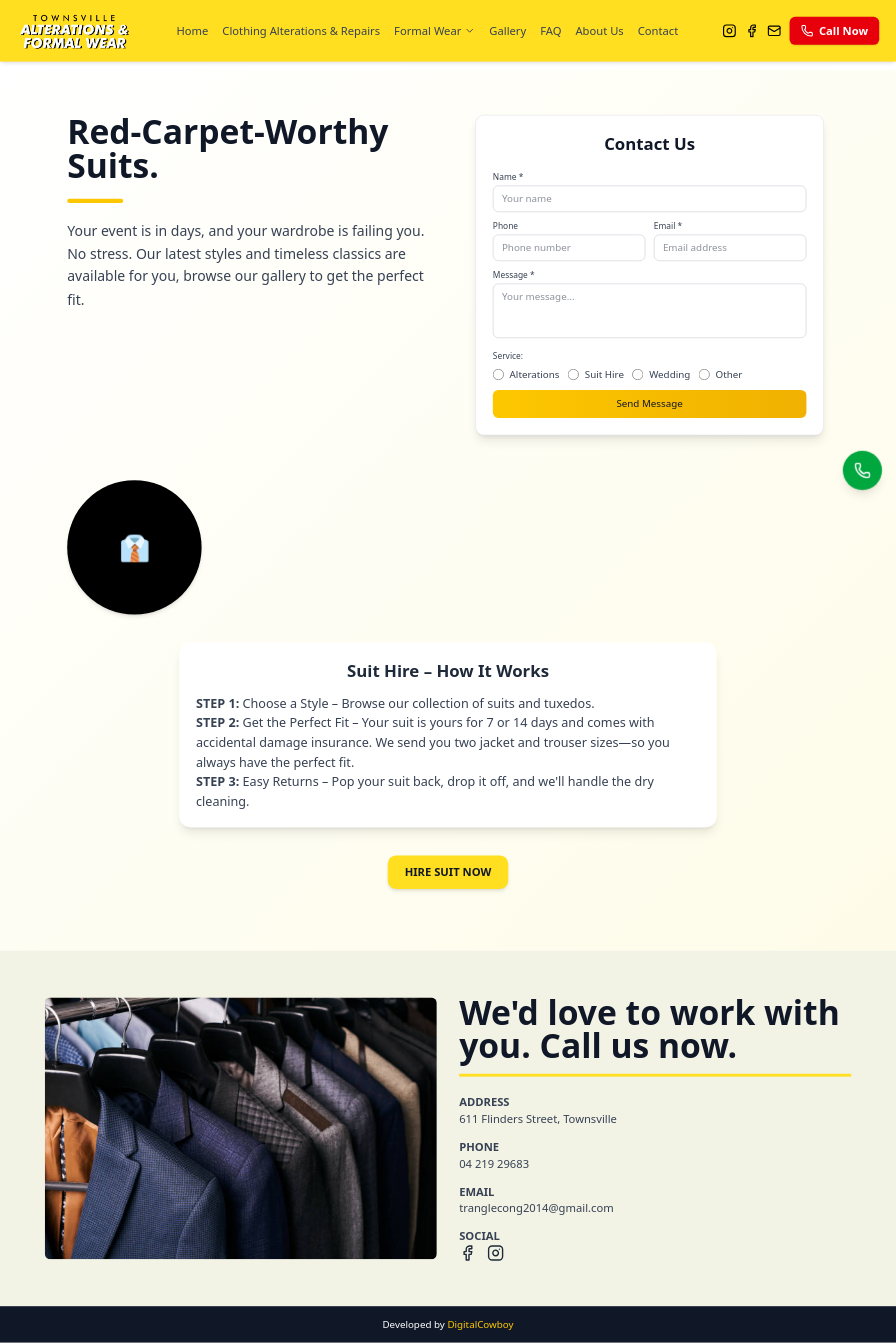
Repository: tarekhasan1/townsville-alteration
Page: /suit-hire
The author's editor kept a copy of each file at every save. The page is drawn from the files as they stood at one save, then again after the next save.
The browser window is 1280 px wide. The pictures show the whole page, at 70% of full size.
The page's requests for data from a server got no answer. The project was rebuilt for these pictures with package versions that can differ from the ones it lists, and the page was loaded fresh each time. The framework's server and built-in components were replaced by stand-ins that run in the browser. No one was signed in, and anything a server would have sent is missing. Also part of the build but not shown: next.config.ts.

Above is the page before, as saved 2026-01-31 11:10:42.

After the next save:
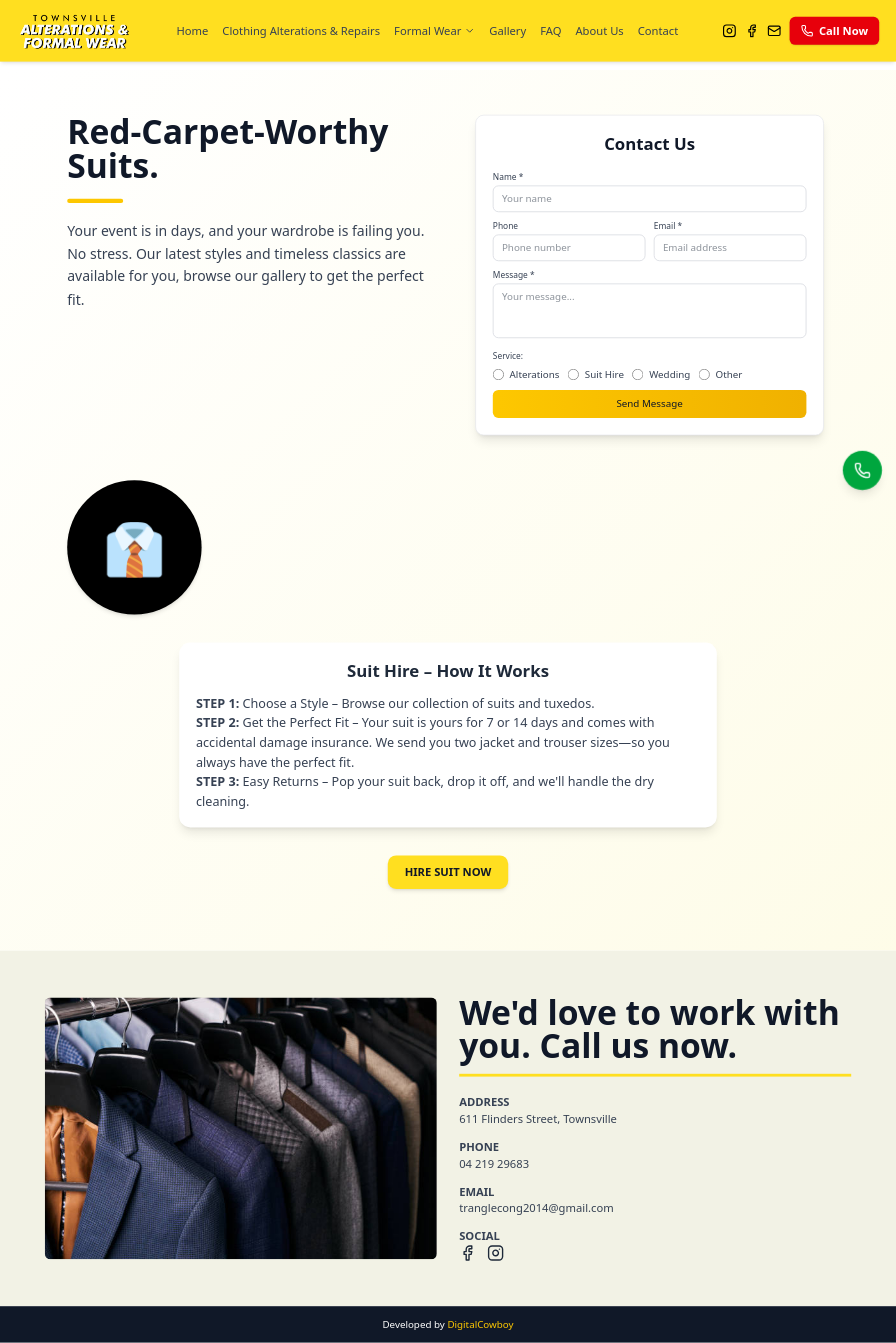
Saved 18 s later.
--- a/src/components/SuitHireSection.tsx
+++ b/src/components/SuitHireSection.tsx
@@ -46,7 +46,7 @@ export default function SuitHireSection() {
                     {/* Suit Icon */}
             <div className="flex justify-center lg:justify-start my-10" role="img" aria-label="Suit icon">
               <div className="w-24 md:w-48 h-24 md:h-48 bg-black rounded-full flex items-center justify-center shadow-md">
-                <span className="text-white text-4xl">👔</span>
+                <span className="text-white text-4xl md:text-7xl">👔</span>
               </div>
             </div>
         <div
